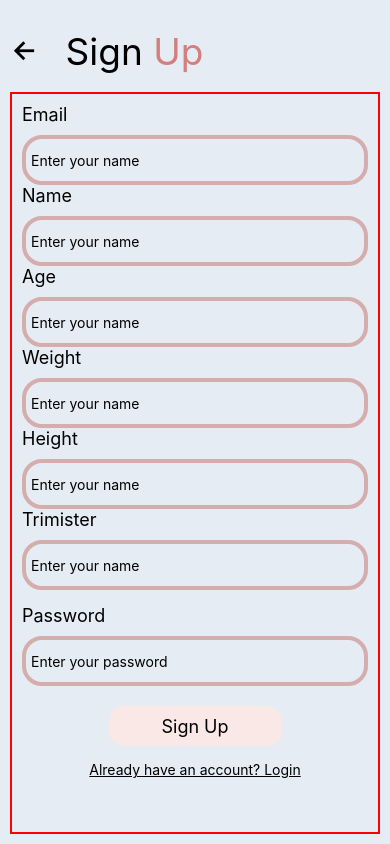
Repository: kgayathridevi/pregband
Screen: /Sign
The author's editor kept a copy of each file at every save. The screen is drawn from the files as they stood at one save, then again after the next save.
The app was drawn by React Native's web renderer in a window 390 px wide. The project was rebuilt for these pictures with package versions that can differ from the ones it lists, and the page was loaded fresh each time. Also part of the build but not shown: component/Home.jsx.

Above is the screen before, as saved 2023-04-30 08:17:00.

### App.js
import { NavigationContainer } from "@react-navigation/native";
import { createNativeStackNavigator } from "@react-navigation/native-stack";
import { StatusBar } from "expo-status-bar";
import { StyleSheet, Text, View } from "react-native";
import SignUpScreen from "./component/SignUpScreen";
import LogInScreen from "./component/LogInScreen";
import Home from "./component/Home";

const Stack = createNativeStackNavigator();
export default function App() {
  return (
    <NavigationContainer>
      <Stack.Navigator initialRouteName="Log">
        <Stack.Screen
          options={{ headerShown: false }}
          name="Log"
          component={LogInScreen}
        />
        <Stack.Screen
          options={{ headerShown: false }}
          name="Sign"
          component={SignUpScreen}
        />
        <Stack.Screen name="Home" component={Home} />
      </Stack.Navigator>
    </NavigationContainer>
  );
}

const styles = StyleSheet.create({
  // container: {
  //   flex: 1,
  //   backgroundColor: '#fff',
  //   alignItems: 'center',
  //   justifyContent: 'center',
  // },
});

### component/SignUpScreen.jsx
import {
  StyleSheet,
  Text,
  View,
  TextInput,
  ScrollView,
  TouchableOpacity,
} from "react-native";
import React from "react";
import Ionicons from "@expo/vector-icons/Ionicons";
import { SafeAreaView } from "react-native-safe-area-context";

const SignUpScreen = ({ navigation }) => {
  return (
    <SafeAreaView style={styles.container}>
      <View style={styles.headerContainer}>
        <View style={styles.btnCont}>
          <Ionicons name="arrow-back" color="black" size={30} />
        </View>
        <View style={styles.titleContain}>
          <Text style={styles.textC}>Sign</Text>
          <Text style={[styles.textC, styles.textC2]}> Up</Text>
        </View>
      </View>
      <View style={styles.mainContainer}>
        <ScrollView style={styles.inputContainer}>
          <Text style={{ fontSize: 18 }}>Email</Text>
          <TextInput style={styles.textInp} placeholder="Enter your name" />

          <Text style={{ fontSize: 18 }}>Name</Text>
          <TextInput style={styles.textInp} placeholder="Enter your name" />

          <Text style={{ fontSize: 18 }}>Age</Text>
          <TextInput style={styles.textInp} placeholder="Enter your name" />

          <Text style={{ fontSize: 18 }}>Weight</Text>
          <TextInput style={styles.textInp} placeholder="Enter your name" />

          <Text style={{ fontSize: 18 }}>Height</Text>
          <TextInput style={styles.textInp} placeholder="Enter your name" />

          <Text style={{ fontSize: 18 }}>Trimister</Text>
          <TextInput style={styles.textInp} placeholder="Enter your name" />

          <Text style={{ fontSize: 18, marginTop: 15 }}>Password</Text>
          <TextInput style={styles.textInp} placeholder="Enter your password" />

          <View style={{ marginTop: 20, alignItems: "center" }}>
            <TouchableOpacity
              style={styles.logBtn}
              onPress={() => navigation.navigate("Home")}
            >
              <Text style={{ fontSize: 18 }}>Sign Up</Text>
            </TouchableOpacity>
            <TouchableOpacity onPress={() => navigation.navigate("Sign")}>
              <Text style={{ textDecorationLine: "underline", marginTop: 15 }}>
                Already have an account? Login
              </Text>
            </TouchableOpacity>
          </View>
        </ScrollView>
      </View>
    </SafeAreaView>
  );
};

export default SignUpScreen;

const styles = StyleSheet.create({
  container: {
    // borderWidth: 2,
    height: "100%",
    backgroundColor: "#E5ECF3",
    padding: 10,
  },
  headerContainer: {
    // borderWidth: 2,
    height: "10%",
    flexDirection: "row",
    justifyContent: "space-between",
  },
  titleContain: {
    // borderWidth: 2,
    flexDirection: "row",
    width: "85%",
    alignItems: "center",
  },
  btnCont: {
    justifyContent: "center",
    // borderWidth: 2,
  },
  textC: {
    fontSize: 37,
  },
  textC2: {
    color: "#D37F7D",
  },
  mainContainer: {
    borderWidth: 2,
    height: "90%",
    borderColor: "red",
  },
  inputContainer: {
    // borderWidth: 2,
    height: "80%",
    padding: 10,
  },
  textInp: {
    borderWidth: 4,
    borderColor: "#D4ADAC",
    borderRadius: 20,
    height: 50,
    paddingHorizontal: 5,
    marginTop: 10,
  },
  logBtn: {
    backgroundColor: "#F9E8E6",
    height: 40,
    alignItems: "center",
    justifyContent: "center",
    width: "50%",
    borderRadius: 15,
  },
});

### component/LogInScreen.jsx
import {
  Button,
  StyleSheet,
  Text,
  TextInput,
  TouchableOpacity,
  View,
} from "react-native";
import React from "react";
import { SafeAreaView } from "react-native-safe-area-context";
import Ionicons from "@expo/vector-icons/Ionicons";

const LogInScreen = ({ navigation }) => {
  return (
    <SafeAreaView style={styles.container}>
      <View style={styles.headerContainer}>
        <View style={styles.btnCont}>
          {/* <Text>back</Text> */}
          <Ionicons name="arrow-back" color="black" size={30} />
        </View>
        <View style={styles.titleContain}>
          <Text style={styles.textC}>Log</Text>
          <Text style={[styles.textC, styles.textC2]}> In</Text>
        </View>
      </View>
      <View style={styles.mainContainer}>
        <View style={styles.inputContainer}>
          <Text style={{ fontSize: 18 }}>Email</Text>
          <TextInput style={styles.textInp} placeholder="Enter your name" />

          <Text style={{ fontSize: 18, marginTop: 15 }}>Password</Text>
          <TextInput style={styles.textInp} placeholder="Enter your password" />

          <View style={{ marginTop: 55, alignItems: "center" }}>
            <TouchableOpacity
              style={styles.logBtn}
              onPress={() => navigation.navigate("Home")}
            >
              <Text style={{ fontSize: 18 }}>Log In</Text>
            </TouchableOpacity>
            <TouchableOpacity onPress={() => navigation.navigate("Sign")}>
              <Text style={{ textDecorationLine: "underline", marginTop: 15 }}>
                Dont have an account? SignUp
              </Text>
            </TouchableOpacity>
          </View>
        </View>
        <View></View>
      </View>
    </SafeAreaView>
  );
};

export default LogInScreen;

const styles = StyleSheet.create({
  container: {
    // borderWidth: 2,
    height: "100%",
    backgroundColor: "#E5ECF3",
    padding: 10,
  },
  headerContainer: {
    // borderWidth: 2,
    height: "10%",
    flexDirection: "row",
    justifyContent: "space-between",
  },
  titleContain: {
    // borderWidth: 2,
    flexDirection: "row",
    width: "85%",
    alignItems: "center",
  },
  btnCont: {
    justifyContent: "center",
    // borderWidth: 2,
  },
  textC: {
    fontSize: 37,
  },
  textC2: {
    color: "#D37F7D",
  },

  mainContainer: {
    // borderWidth: 2,
    height: "90%",
    borderColor: "red",
  },
  inputContainer: {
    // borderWidth: 2,
    height: "80%",
    justifyContent: "center",
    padding: 10,
  },
  textInp: {
    borderWidth: 4,
    borderColor: "#D4ADAC",
    borderRadius: 20,
    height: 50,
    paddingHorizontal: 5,
    marginTop: 10,
  },
  logBtn: {
    backgroundColor: "#F9E8E6",
    height: 40,
    alignItems: "center",
    justifyContent: "center",
    width: "50%",
    borderRadius: 15,
  },
});

After the next save:
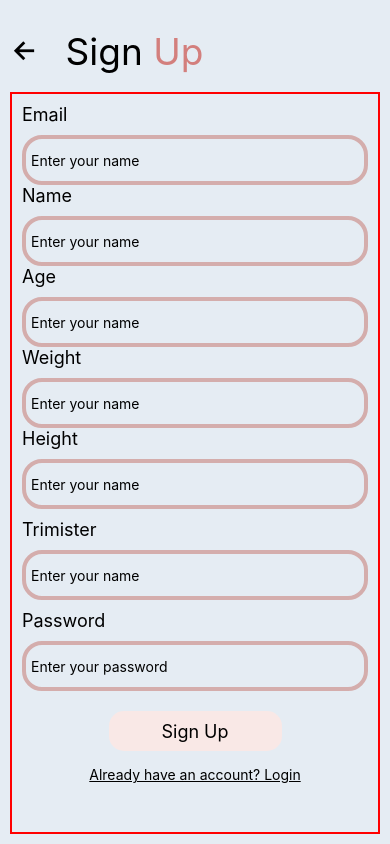
Saved 2 min 40 s later.
--- a/component/SignUpScreen.jsx
+++ b/component/SignUpScreen.jsx
@@ -39,10 +39,10 @@ const SignUpScreen = ({ navigation }) => {
           <Text style={{ fontSize: 18 }}>Height</Text>
           <TextInput style={styles.textInp} placeholder="Enter your name" />
 
-          <Text style={{ fontSize: 18 }}>Trimister</Text>
+          <Text style={{ fontSize: 18, marginTop: 10 }}>Trimister</Text>
           <TextInput style={styles.textInp} placeholder="Enter your name" />
 
-          <Text style={{ fontSize: 18, marginTop: 15 }}>Password</Text>
+          <Text style={{ fontSize: 18, marginTop: 10 }}>Password</Text>
           <TextInput style={styles.textInp} placeholder="Enter your password" />
 
           <View style={{ marginTop: 20, alignItems: "center" }}>
